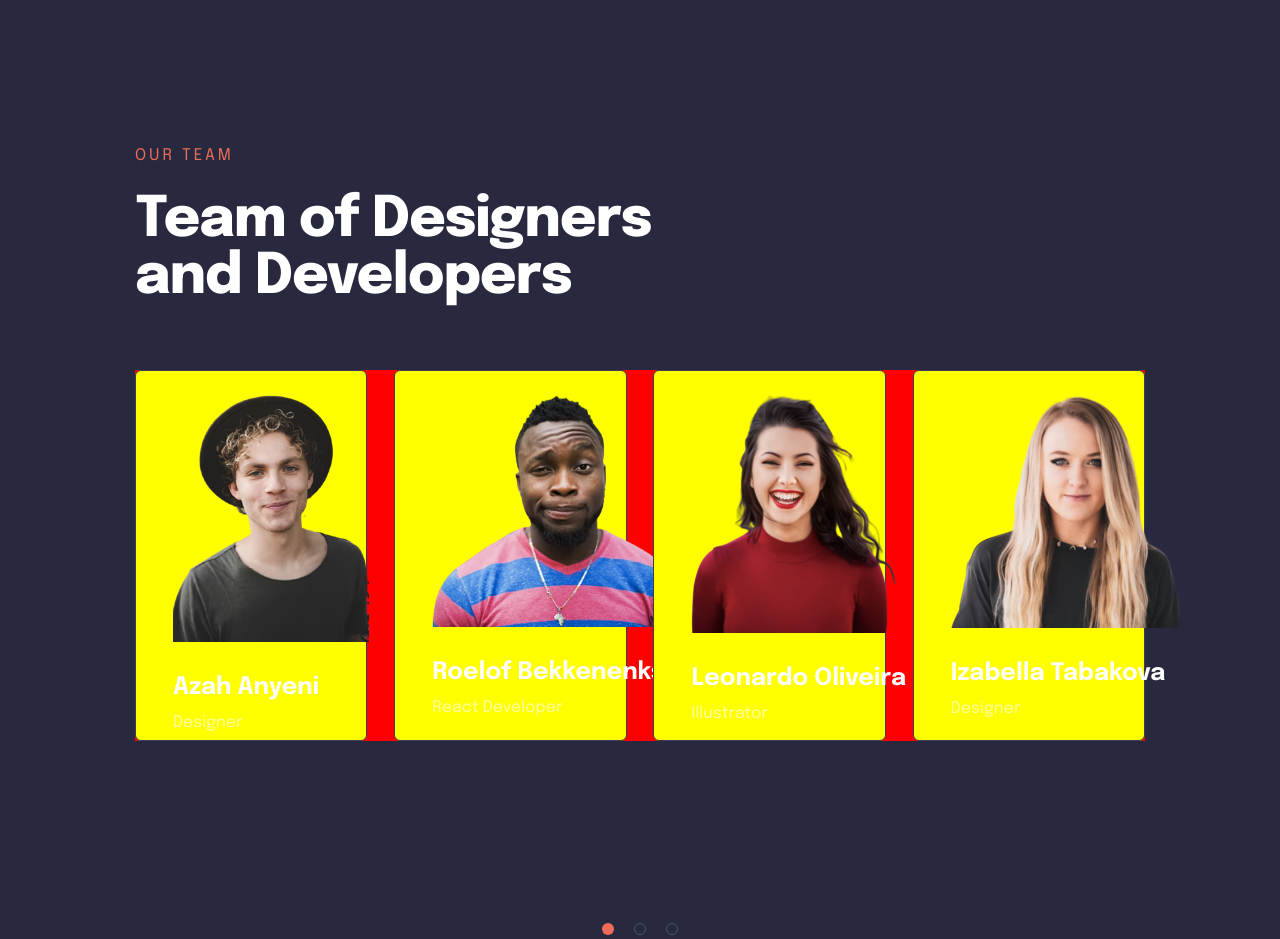
Repository: simralgasimov/ourteam
Page: index.html
The author's editor kept a copy of each file at every save. The page is drawn from the files as they stood at one save, then again after a run of saves.
The browser window is 1280 px wide. The pictures show the whole page.

Above is the page before, as saved 2023-09-06 13:06:41.

### index.html
<!DOCTYPE html>
<html lang="en">
  <head>
    <meta charset="UTF-8" />
    <meta name="viewport" content="width=device-width, initial-scale=1.0" />
    <title>Document</title>
    <link rel="stylesheet" href="index.css" />
  </head>
  <body>
    <div class="container">
      <h1>Our Team</h1>
      <h2>Team of Designers and Developers</h2>
      <div class="container-1">
        <div class="box">
          <div>
            <img src="./img/Bitmap.png" alt="" />
          </div>

          <h3>Azah Anyeni</h3>
          <p>Designer</p>
        </div>
        <div class="box">
          <img src="./img/Bitmap (1).png" alt="" />
          <h3>Roelof Bekkenenks</h3>
          <p>React Developer</p>
        </div>

        <div class="box">
          <img src="./img/Bitmap (2).png" alt="" />
          <h3>Leonardo Oliveira</h3>
          <p>Illustrator</p>
        </div>

        <div class="box">
          <img src="./img/Bitmap (3).png" alt="" />
          <h3>Izabella Tabakova</h3>
          <p>Designer</p>
        </div>
      </div>
    </div>

    <div class="container-2">
      <div class="button">
        <img src="./img/pins.svg" alt="" />
      </div>
    </div>
  </body>
</html>

### index.css
@import url("https://fonts.googleapis.com/css2?family=Epilogue:wght@400;700;800;900&display=swap");

* {
  margin: 0;
  padding: 0;
  box-sizing: border-box;
}

.container {
  padding: 140px 135px 180px 135px;
  background: #28293e;
}

.container h1 {
  color: var(--Text_Light_Accent, #ef6d58);
  font-feature-settings: "clig" off, "liga" off;
  font-family: Epilogue;
  font-size: 16px;
  font-style: normal;
  font-weight: 400;
  line-height: 32px;
  letter-spacing: 3px;
  text-transform: uppercase;
}

.container h2 {
  margin-top: 20px;
  width: 532px;
  color: var(--Text_Light, #fff);
  font-feature-settings: "clig" off, "liga" off;
  font-family: Epilogue;
  font-size: 56px;
  font-style: normal;
  font-weight: 800;
  letter-spacing: -1px;
}

.container .container-1 {
  margin-top: 64px;
  background-color: red;
  display: flex;
  justify-content: space-between;

}
.container-1 .box {
  padding: 24px 37px 1px 37px;
  width: 23%;
  border-radius: 6px;
  border: 1px solid #3a3c56;
  background-color: yellow;
}
.container .container-1 .box div{

}
.container-1 .box:first-child img {
  width: 196px;
  height: 247px;
}

.container-1 .box:nth-child(2) img {
  width: 259px;
  height: 232px;
}
.container-1 .box:nth-child(3) img {
  width: 205px;
  height: 238px;
}
.container-1 .box:last-child img {
  width: 230px;
  height: 233px;
}
.container-1 .box h3 {
  justify-content: center;
  margin-top: 26px;
  color: var(--Text_Light, #fff);
  font-feature-settings: "clig" off, "liga" off;
  font-family: Epilogue;
  font-size: 24px;
  font-style: normal;
  font-weight: 700;
  line-height: 32px;
}

.container .box p {
  margin-top: 3px;
  color: var(--Text_Light_Gray, rgba(255, 255, 255, 0.64));
  font-feature-settings: "clig" off, "liga" off;
  font-family: Epilogue;
  font-size: 16px;
  font-style: normal;
  font-weight: 400;
  line-height: 32px;
}

.container .container-1 .box h3:nth-child(2) {
  width: 233px;
}


.container-2 {
  background: #28293e;
}

.container-2 .button {
  width: 76px;
  margin: auto;
}

After the next 3 saves:
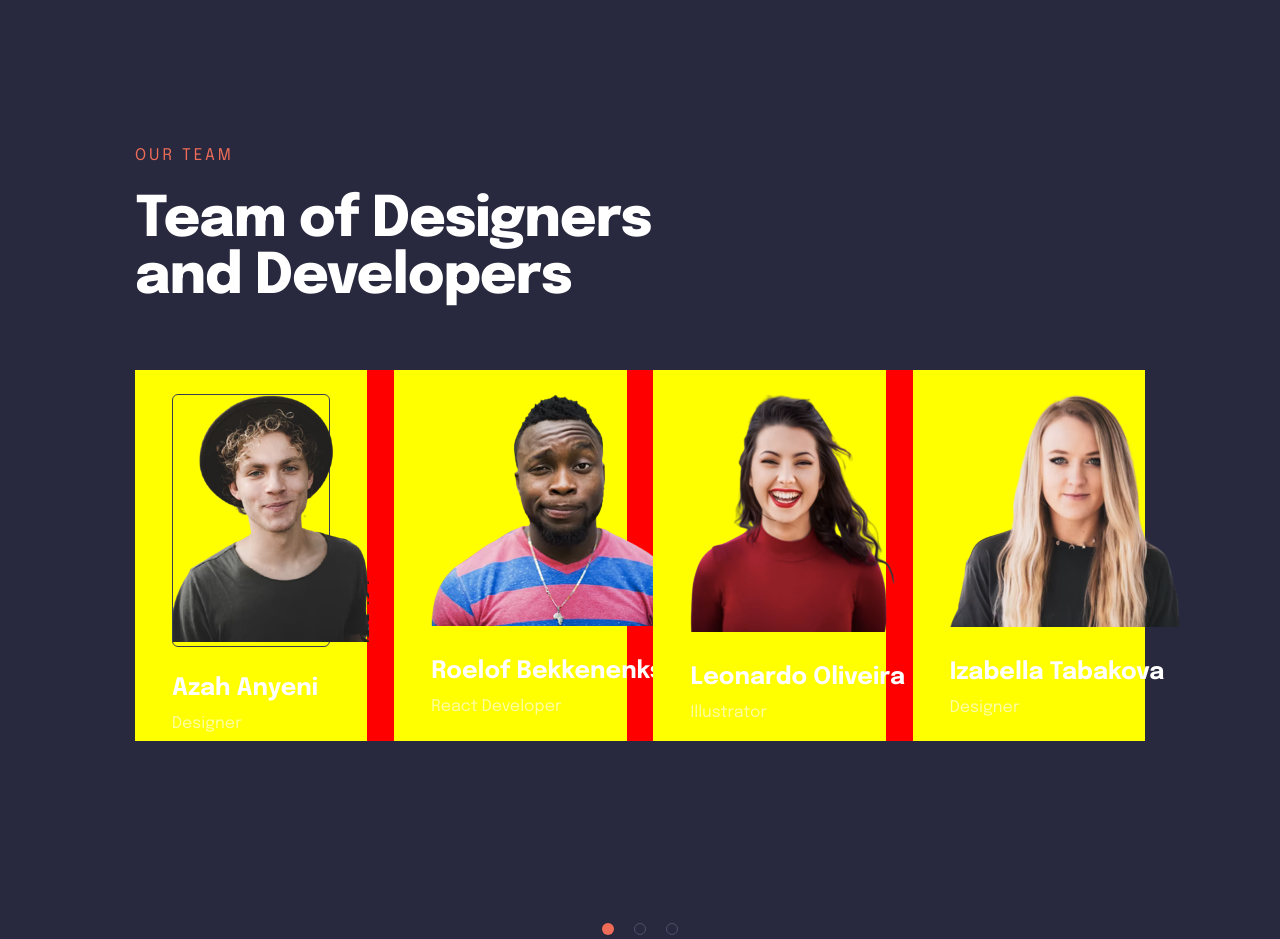
The 3 saves are shown as one change because they came seconds apart.
The last was saved 9 s later.
--- a/index.css
+++ b/index.css
@@ -45,12 +45,11 @@
 .container-1 .box {
   padding: 24px 37px 1px 37px;
   width: 23%;
-  border-radius: 6px;
-  border: 1px solid #3a3c56;
   background-color: yellow;
 }
 .container .container-1 .box div{
-
+  border-radius: 6px;
+  border: 1px solid #3a3c56;
 }
 .container-1 .box:first-child img {
   width: 196px;
